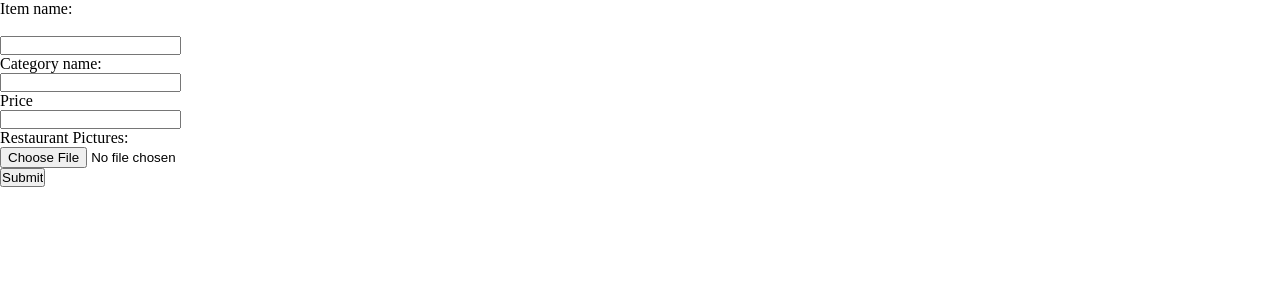
Repository: jatannoury/Ecommerce-Laravel-Electron
Page: Admin-electron/src/HTML/add_item.html
An editor plug-in stored every save of this project. The page is shown before and after the next save, followed by the edit.
The browser window is 1280 px wide. The pictures show the whole page.

Above is the page before, as saved 2022-06-10 22:27:30.

After the next save:
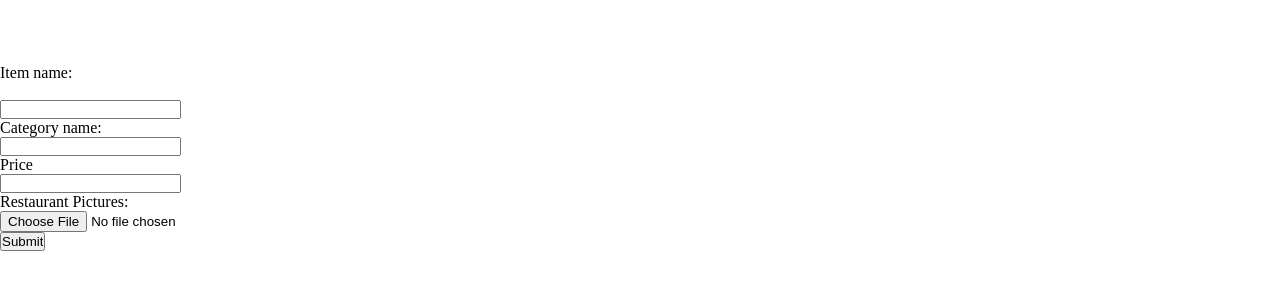
Saved 16 s later.
--- a/Admin-electron/src/CSS/styles.css
+++ b/Admin-electron/src/CSS/styles.css
@@ -21,3 +21,7 @@
  .box-2:hover, .box-1:hover{
     border-color: red;
 }
+
+.one{
+    margin-top: 5%;
+}
